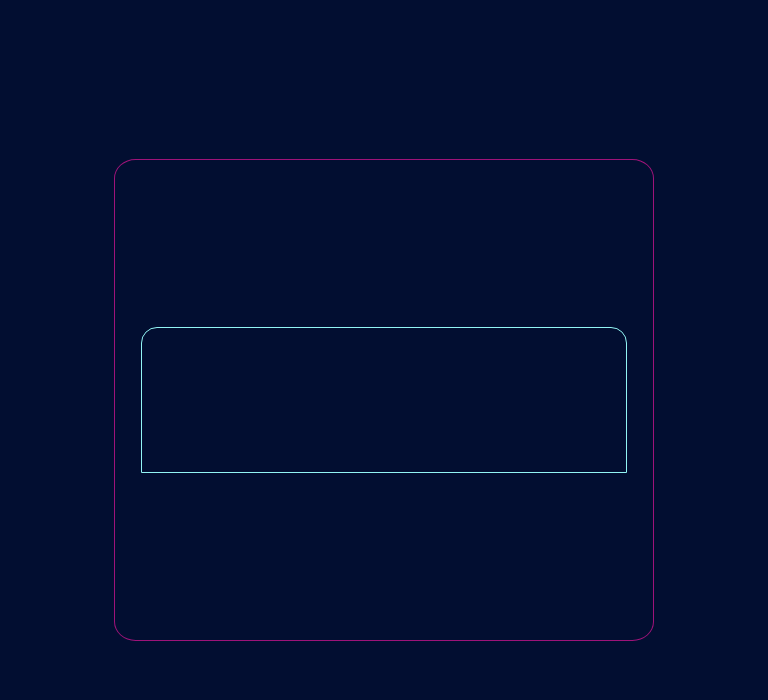
Repository: 2001mariana/Calculator_react
Page: /
An editor plug-in stored every save of this project. The page is shown before and after a run of saves, followed by the edit.
The browser window is 768 px wide. The pictures show the whole page.
The project was rebuilt for these pictures with package versions that can differ from the ones it lists, and the page was loaded fresh each time.

Above is the page before, as saved 2023-02-06 17:33:28.

### src/index.tsx
import React from "react";
import ReactDOM from "react-dom/client";

import App from "./App";
import reportWebVitals from "./reportWebVitals";

import "./index.css";

const root = ReactDOM.createRoot(
  document.getElementById("root") as HTMLElement
);
root.render(
  <React.StrictMode>
    <App />
  </React.StrictMode>
);

reportWebVitals();

### src/App.tsx
import "./App.css";

function App() {
  return (
    <div className="Calculator">
      <div className="Calculator__body">
        <div className="Calculator__screen"></div>
      </div>
    </div>
  );
}

export default App;

### src/App.css
.Calculator {
  background-color: #020e31;
  height: 100vh;
  display: flex;
  justify-content: center;
  align-items: center;
}

.Calculator__body {
  height: 50vh;
  width: 40vw;
  border-radius: 4%;
  border: 1px solid #9e1379;
  display: flex;
  flex-direction: column;
  justify-content: center;
  align-items: center;
}

.Calculator__screen {
  border: 1px solid #92F4F4;
  height: 30%;
  width: 90%;
  border-radius: 16px 16px 0 0;
}

@media (max-width: 1200px) {
  .Calculator__body {
    height: 55vh;
  }
}

@media (max-width: 1100px) {
  .Calculator__body {
    width: 50vw;
    height: 60vh;
  }
}

@media (max-width: 1000px) {
  .Calculator__body {
    width: 55vw;
  }
}

@media (max-width: 900px) {
  .Calculator__body {
    width: 60vw;
  }
}

@media (max-width: 800px) {
  .Calculator__body {
    width: 70vw;
  }
}

@media (max-width: 680px) {
  .Calculator__body {
    width: 80vw;
  }
}

@media (max-width: 560px) {
  .Calculator__body {
    width: 90vw;
  }
}

Loaded but not shown: public/index.html (common file); src/reportWebVitals.ts (common file); src/index.css (common file)

After the next 5 saves:
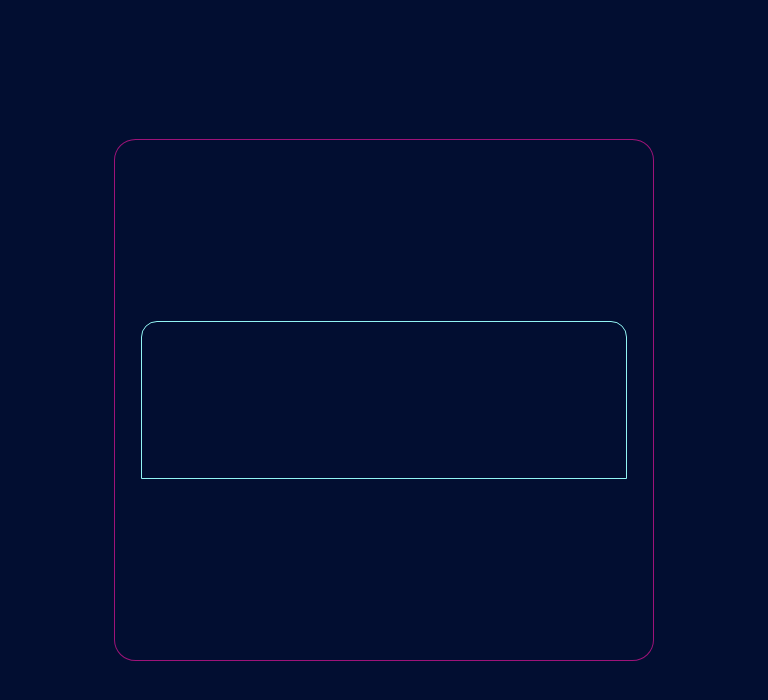
The 5 saves are shown as one change because they came seconds apart.
The last was saved 13 s later.
--- a/src/App.css
+++ b/src/App.css
@@ -40,6 +40,7 @@
 @media (max-width: 1000px) {
   .Calculator__body {
     width: 55vw;
+    height: 65vh;
   }
 }
 
